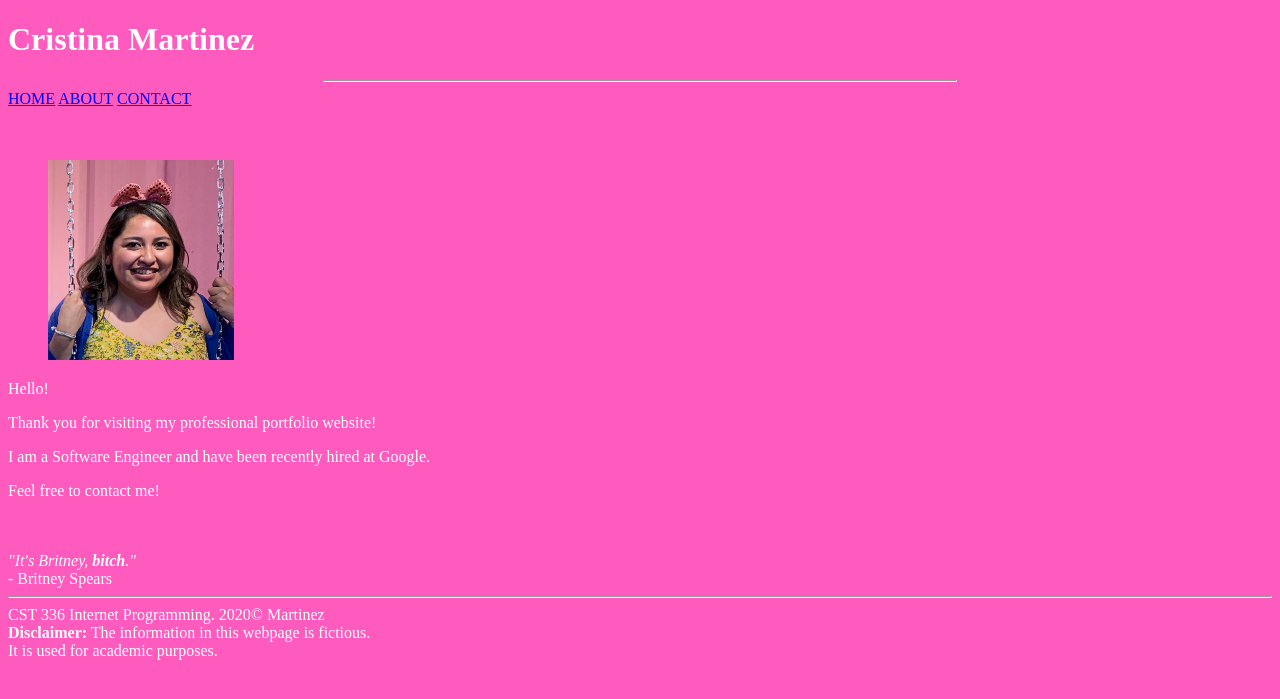
Repository: ctm93/Website1
Page: http://localhost/
The author's editor kept a record of every edit. The page is drawn from the files as they stood at one moment, then again after the next edit.
The browser window is 1280 px wide. The pictures show the whole page.
The page is run by PHP 8.4 with error messages shown; the project is at /var/www/html/.

Above is the page before.

After the next edit:
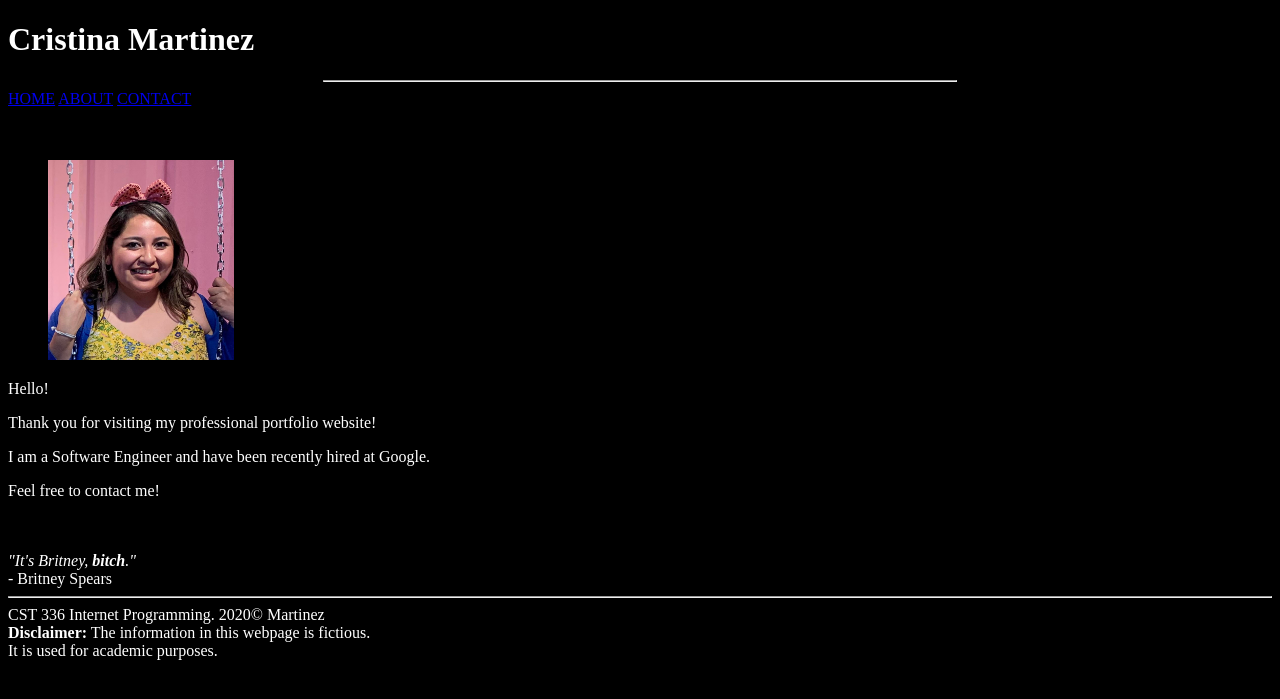
The edit:
--- a/index.php
+++ b/index.php
@@ -17,12 +17,6 @@
 
 
 
-            <style>
-
-            body{
-                background-color: #FF5BBF !important;
-            }
-        </style>
 
 
     <link href="css/styles.css" rel="stylessheet" type="text/css" />
